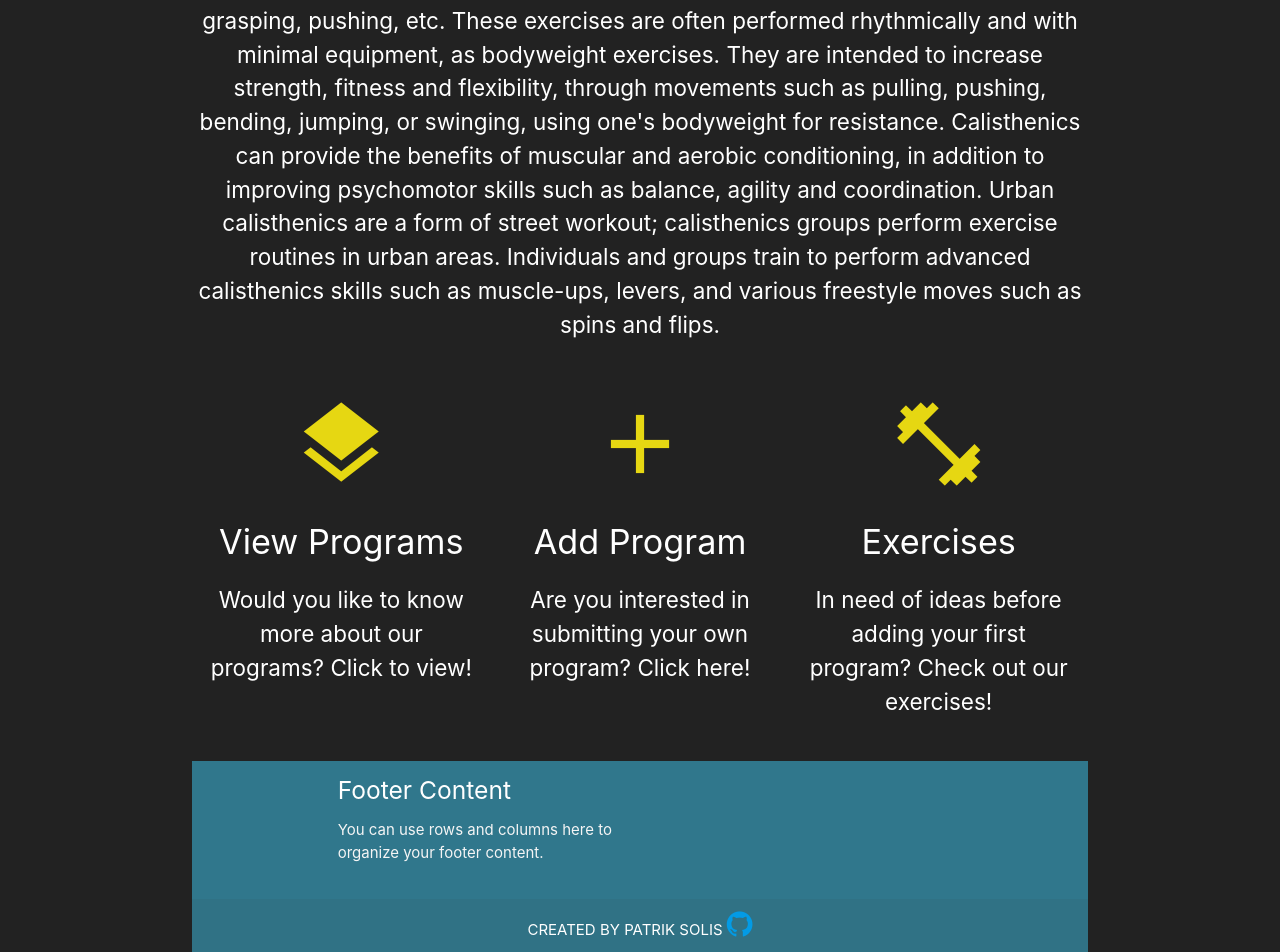
Repository: Ario124/calisthenics-project
Page: http://localhost/
The author's editor kept a record of every edit. The page is drawn from the files as they stood at one moment, then again after the next edit.
The browser window is 1280 px wide. The pictures show the part of the page from y = 984 to 1936 px (the page is 1936 px tall).
The page is served by the project's application, run on Flask 3 (app.py).

Above is the page before.

After the next edit:
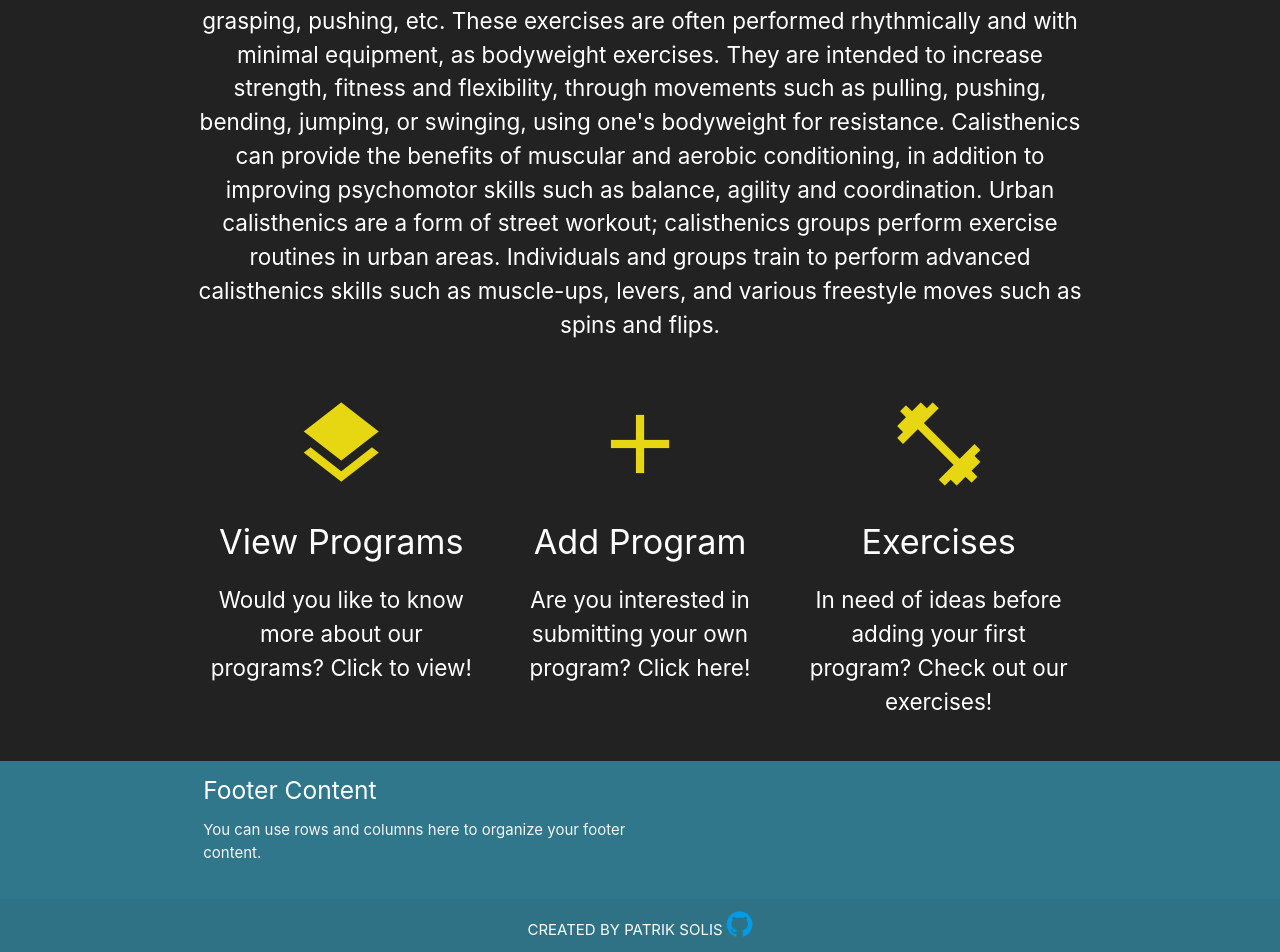
The edit:
--- a/templates/index.html
+++ b/templates/index.html
@@ -6,53 +6,53 @@
       </div>
 
 
-                <div class="container">
-                    <div class="col s12 center">
-                        <h1 class="center">What is Calisthenics?</h1>
+        <div class="container">
+            <div class="col s12 center">
+                <h1 class="center">What is Calisthenics?</h1>
 
-                        <p class="flow-text">
-                            Calisthenics is a form of exercise consisting of a variety of movements which exercise large muscle groups
-                            (gross motor movements), such as running, standing, grasping, pushing, etc. These exercises are often performed rhythmically
-                            and with minimal equipment, as bodyweight exercises.<span class ="hide-on-small-only"> They are intended to increase strength, fitness and flexibility, through
-                            movements such as pulling, pushing, bending, jumping, or swinging, using one's bodyweight for resistance. Calisthenics can provide
-                            the benefits of muscular and aerobic conditioning, in addition to improving psychomotor skills such as balance, agility and coordination.
+                <p class="flow-text">
+                    Calisthenics is a form of exercise consisting of a variety of movements which exercise large muscle groups (gross motor movements), such as running, standing, grasping, pushing,
+                    etc. These exercises are often performed rhythmically and with minimal equipment,
+                    as bodyweight exercises.<span class="hide-on-small-only"> They are intended to increase strength, fitness and flexibility, through
+                                    movements such as pulling, pushing, bending, jumping, or swinging, using one's bodyweight for resistance. Calisthenics can provide
+                                    the benefits of muscular and aerobic conditioning, in addition to improving psychomotor skills such as balance, agility and coordination.
 
-                            Urban calisthenics are a form of street workout; calisthenics groups perform exercise routines in urban areas.
-                            Individuals and groups train to perform advanced calisthenics skills such as muscle-ups, levers, and various freestyle moves such as spins and flips.</span>
+                                    Urban calisthenics are a form of street workout; calisthenics groups perform exercise routines in urban areas.
+                                    Individuals and groups train to perform advanced calisthenics skills such as muscle-ups, levers, and various freestyle moves such as spins and flips.</span>
 
-                        </p>
+                </p>
 
-                        <ul class="hide-on-large-only collapsible">
-                            <li>
-                                <div class="collapsible-header"><i class="material-icons">info_outline</i>Read More</div>
-                                <div class="collapsible-body"><span>They are intended to increase strength, fitness and flexibility, through
-                            movements such as pulling, pushing, bending, jumping, or swinging, using one's bodyweight for resistance. Calisthenics can provide
-                            the benefits of muscular and aerobic conditioning, in addition to improving psychomotor skills such as balance, agility and coordination.
+                <ul class="hide-on-large-only collapsible">
+                    <li>
+                        <div class="collapsible-header"><i class="material-icons">info_outline</i>Read More</div>
+                        <div class="collapsible-body"><span>They are intended to increase strength, fitness and flexibility, through
+                                    movements such as pulling, pushing, bending, jumping, or swinging, using one's bodyweight for resistance. Calisthenics can provide
+                                    the benefits of muscular and aerobic conditioning, in addition to improving psychomotor skills such as balance, agility and coordination.
 
-                            Urban calisthenics are a form of street workout; calisthenics groups perform exercise routines in urban areas.
-                            Individuals and groups train to perform advanced calisthenics skills such as muscle-ups, levers, and various freestyle moves such as spins and flips.</span></div>
-                            </li>
-                        </ul>
+                                    Urban calisthenics are a form of street workout; calisthenics groups perform exercise routines in urban areas.
+                                    Individuals and groups train to perform advanced calisthenics skills such as muscle-ups, levers, and various freestyle moves such as spins and flips.</span></div>
+                    </li>
+                </ul>
             </div>
-    <div class="center-align row">
+            <div class="center-align row">
 
-      <div class="col s4">
-          <a href="{{url_for('get_programs')}}"><i class="material-icons icon-size icon-color">layers</i></a>
-        <h4>View Programs</h4>
-        <p class="flow-text">Would you like to know more about our programs? Click to view!</p>
-      </div>
-      <div class="col s4">
-          <a href="{{url_for('add_program')}}"> <i class="material-icons icon-size icon-color">add</i></a>
-        <h4>Add Program</h4>
-        <p class="flow-text">Are you interested in submitting your own program? Click here!</p>
-      </div>
-      <div class="col s4">
-          <a href="{{url_for('exercises')}}"> <i class="material-icons icon-size icon-color">fitness_center</i></a>
-        <h4>Exercises</h4>
-        <p class="flow-text">In need of ideas before adding your first program? Check out our exercises!</p>
-      </div>
+                <div class="col s4">
+                    <a href="{{url_for('get_programs')}}"><i class="material-icons icon-size icon-color">layers</i></a>
+                    <h4>View Programs</h4>
+                    <p class="flow-text">Would you like to know more about our programs? Click to view!</p>
+                </div>
+                <div class="col s4">
+                    <a href="{{url_for('add_program')}}"> <i class="material-icons icon-size icon-color">add</i></a>
+                    <h4>Add Program</h4>
+                    <p class="flow-text">Are you interested in submitting your own program? Click here!</p>
+                </div>
+                <div class="col s4">
+                    <a href="{{url_for('exercises')}}"> <i class="material-icons icon-size icon-color">fitness_center</i></a>
+                    <h4>Exercises</h4>
+                    <p class="flow-text">In need of ideas before adding your first program? Check out our exercises!</p>
+                </div>
 
-    </div>
-
+            </div>
+        </div>
 
 {% endblock %}
